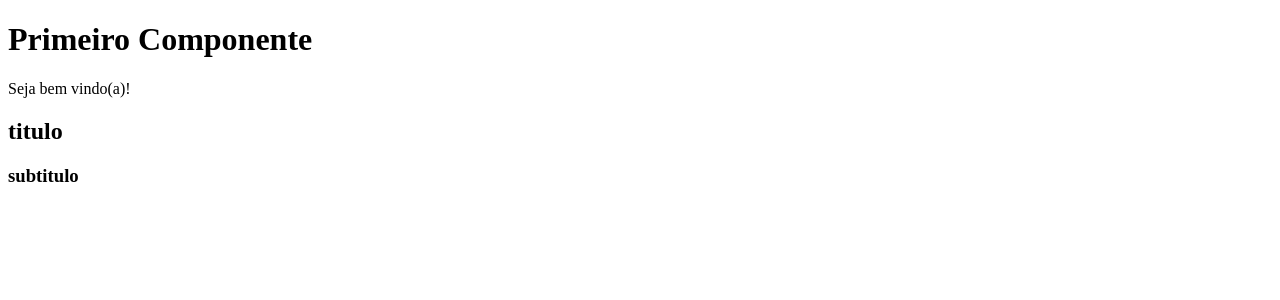
Repository: Rubenslourenco/exerciciosReactRedux
Page: / (app in fundamentos-react/)
The author's editor kept a copy of each file at every save. The page is drawn from the files as they stood at one save, then again after the next save.
The browser window is 1280 px wide. The pictures show the whole page.
The project was rebuilt for these pictures with package versions that can differ from the ones it lists, and the page was loaded fresh each time. Also part of the build but not shown: fundamentos-react/src/index.css.

Above is the page before, as saved 2025-01-28 14:41:31.

After the next save:
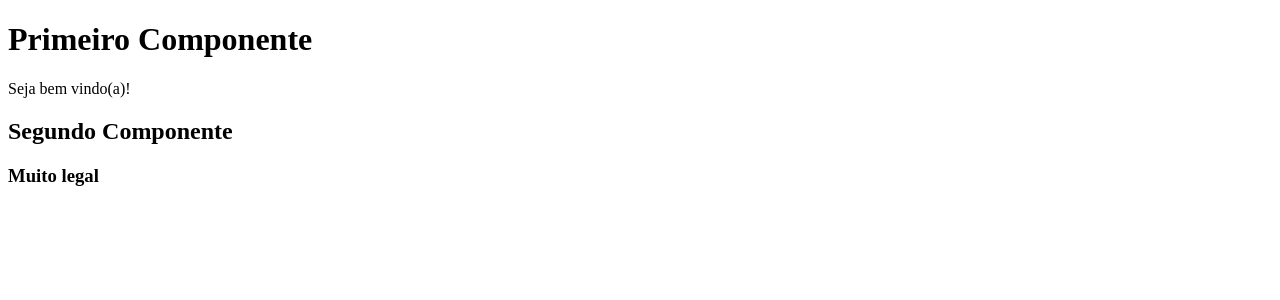
Saved 2 min 27 s later.
--- a/fundamentos-react/src/componentes/ComParametro.jsx
+++ b/fundamentos-react/src/componentes/ComParametro.jsx
@@ -1,9 +1,9 @@
 import React from "react";
-export default function ComParametro() {
+export default function ComParametro(params) {
   return (
-    <div>
-      <h2>titulo</h2>
-      <h3>subtitulo</h3>
+    <div id="app">
+      <h2>{params.titulo}</h2>
+      <h3>{params.subtitulo}</h3>
     </div>
   );
 }
